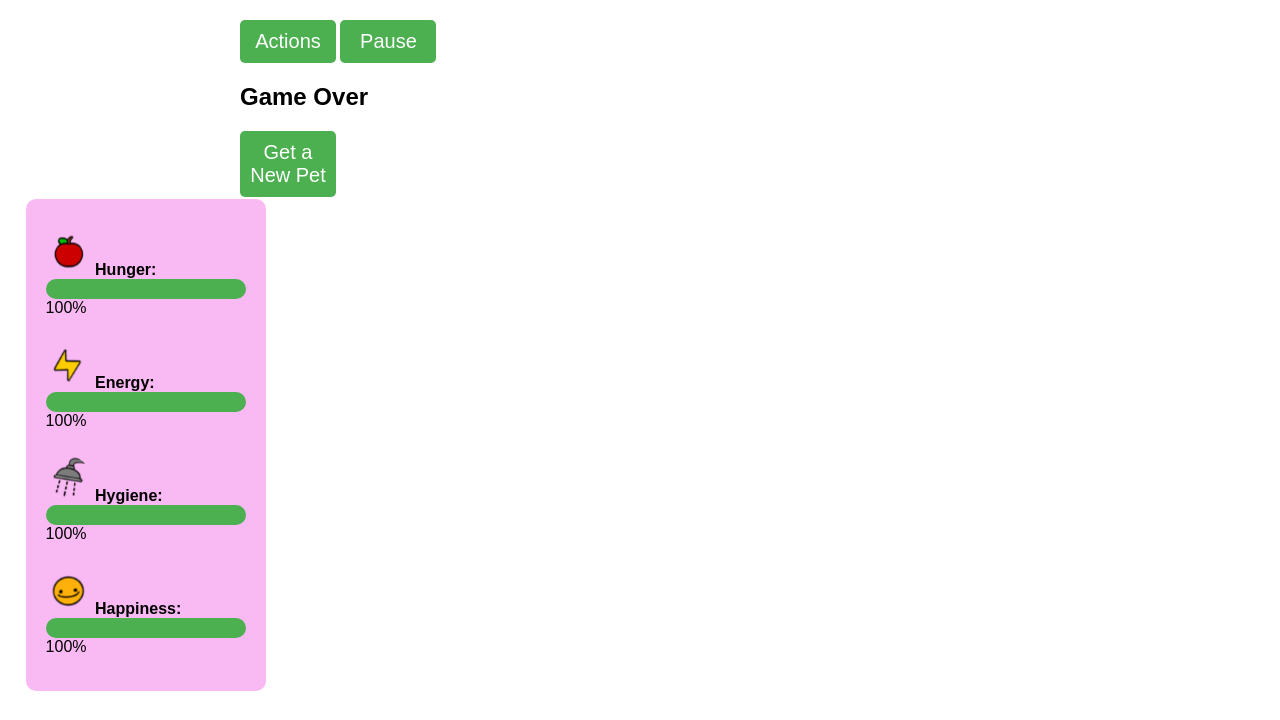
Repository: sarahjx/CapyCare
Page: html/index.html
An editor plug-in stored every save of this project. The page is shown before and after a run of saves, followed by the edit.
The browser window is 1280 px wide. The pictures show the whole page.
Some web fonts or font styles are not loaded; a fallback is used.

Above is the page before, as saved 2025-04-30 18:13:05.
Console error: SyntaxError: Unexpected end of input

After the next 3 saves:
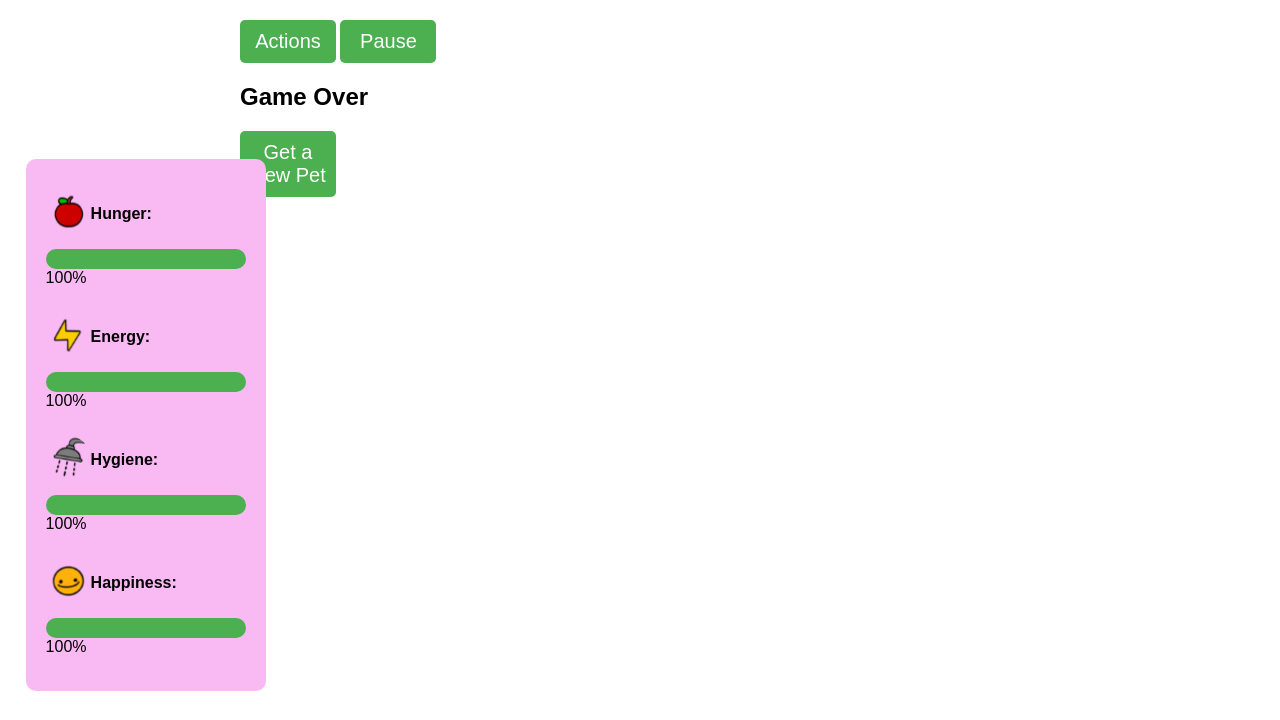
The 3 saves are shown as one change because they came seconds apart.
The last was saved 9 s later.
--- a/css/statusbar.css
+++ b/css/statusbar.css
@@ -39,7 +39,11 @@ body {
   left: 2%;
 }
 
-
+.status-icon-container {
+  display: flex;
+  align-items: center;
+  margin-bottom: 10px;
+}
 
 .status-bar {
   margin: 10px 0;
